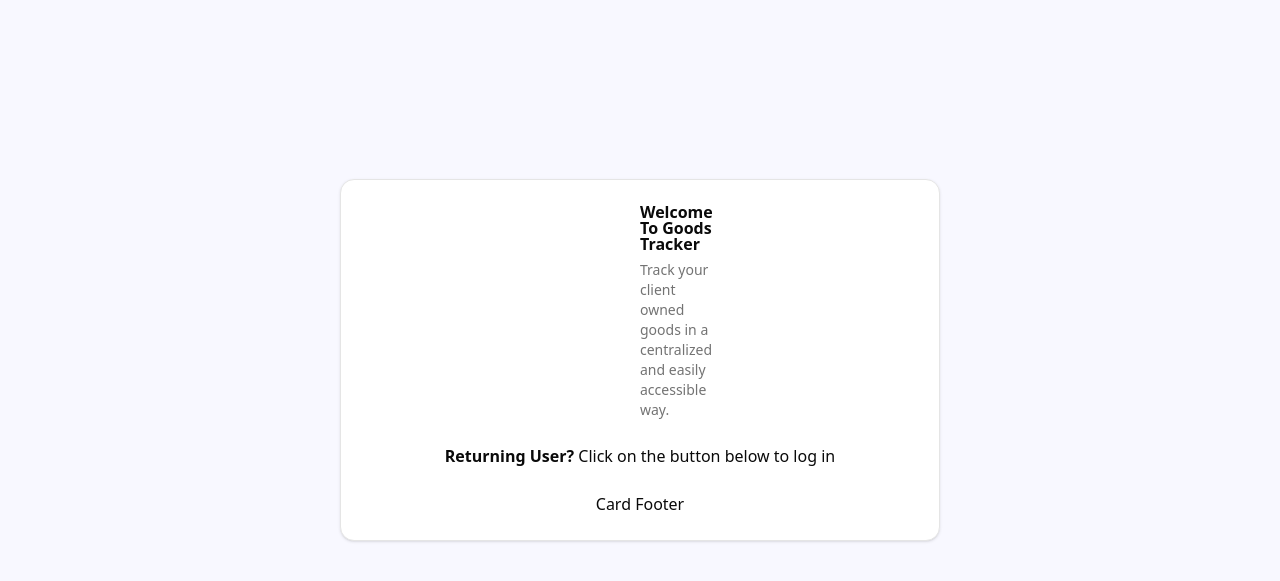
Repository: Renzo-Salosagcol/cog_tracker
Page: /
The author's editor kept a copy of each file at every save. The page is drawn from the files as they stood at one save, then again after the next save.
The browser window is 1280 px wide. The pictures show the whole page.
The project was rebuilt for these pictures with package versions that can differ from the ones it lists, and the page was loaded fresh each time. The framework's server and built-in components were replaced by stand-ins that run in the browser. Also part of the build but not shown: next.config.ts.

Above is the page before, as saved 2025-12-17 14:21:41.

After the next save:
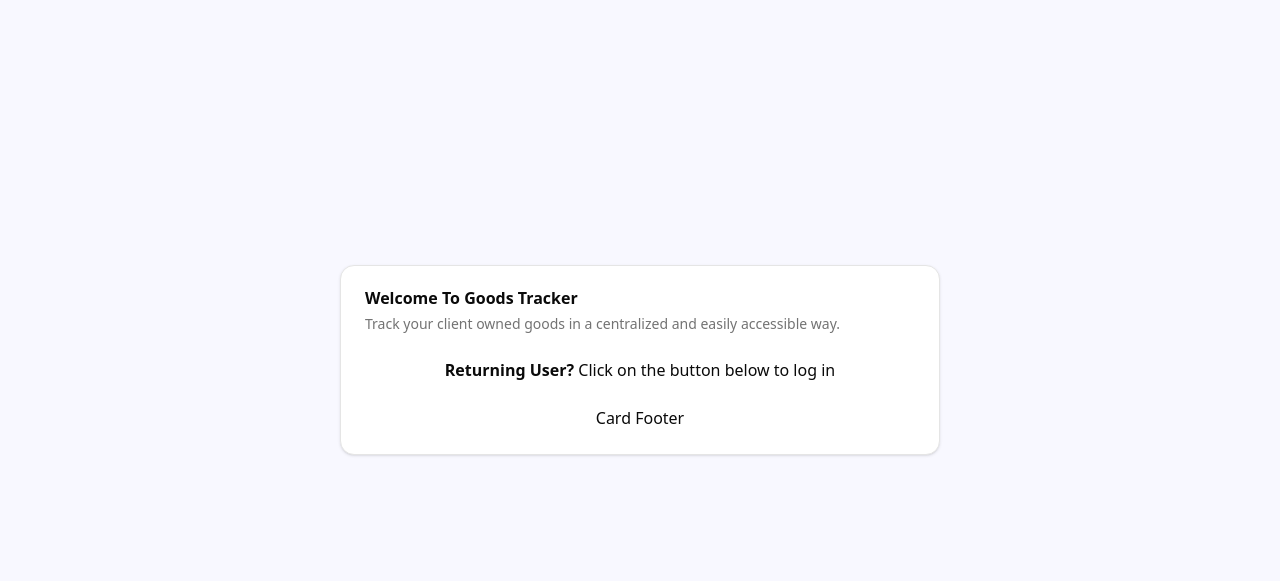
Saved 9 s later.
--- a/app/page.tsx
+++ b/app/page.tsx
@@ -13,7 +13,7 @@ export default function Home() {
     <div className="root-page-element bg-background">
       <Card className="*
         glassmorphism flex flex-cols-1 min-w-150 items-center justify-center">
-        <CardHeader className="items-center">
+        <CardHeader className="w-full">
           <CardTitle>Welcome To Goods Tracker</CardTitle>
           <CardDescription>Track your client owned goods in a centralized and easily accessible way.</CardDescription>
         </CardHeader>
